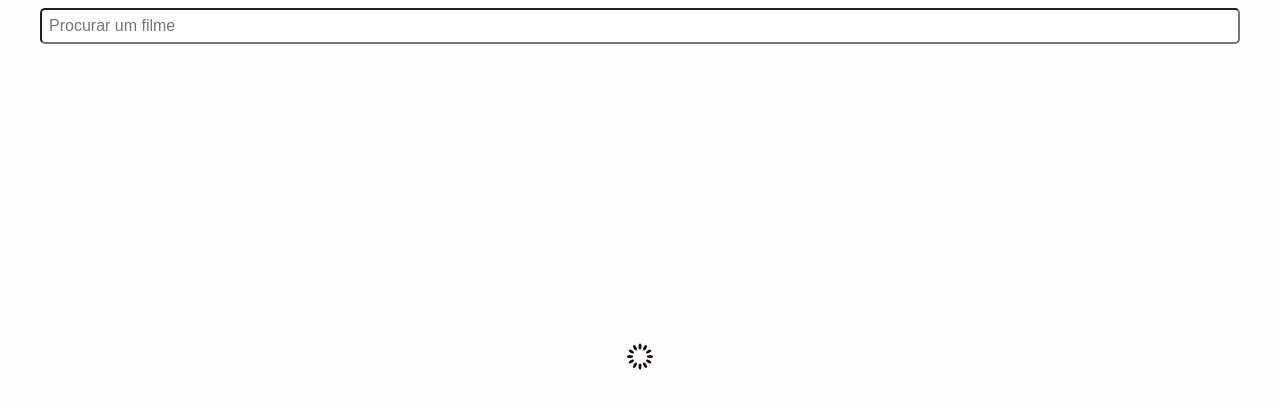
Repository: giordanobraz/agenda-edu-challenge
Page: /
These files come from the project's save history. The page is drawn as it stood at one moment and after the next save; the edit follows.
The browser window is 1280 px wide. The pictures show the whole page.
The page's requests for data from a server got no answer. The project was rebuilt for these pictures with package versions that can differ from the ones it lists, and the page was loaded fresh each time. No one was signed in, and anything a server would have sent is missing. Also part of the build but not shown: src/components/List/MovieList.scss, src/components/Details/Details.scss, src/components/Details/Details.js, src/pages/Details/index.js.

Above is the page before, as saved 2022-05-13 17:32:37.

### src/App.js
import { Route, Routes } from "react-router-dom";
import { QueryClient, QueryClientProvider } from "react-query";
import HomePage from "./pages/HomePage";
import SearchBar from "./components/Search/SearchBar";
import "./styles/global.scss";
import DetailsPage from "./pages/Details";

const queryClient = new QueryClient();

function App() {
  return (
    <div className="container">
      <QueryClientProvider client={queryClient}>
        <SearchBar />
        <Routes>
          <Route path="/" element={<HomePage />} />
          <Route path="/movie/:movieID" element={<DetailsPage />} />
        </Routes>
      </QueryClientProvider>
    </div>
  );
}

export default App;

### src/pages/HomePage/index.js
import MovieList from "../../components/List/MovieList";

export default function HomePage() {
  return <MovieList />;
}

### src/components/Search/SearchBar.js
import { debounce } from "lodash";
import { useState } from "react";
import { api } from "../../services/api";
import { API_SEARCH_LINK } from "../../utils/constants";
import "./SearchBar.scss";

function SearchBar() {
  const [searchResults, setSearchResults] = useState([]);

  const handleSearch = debounce((value) => {
    api.get(`${API_SEARCH_LINK}query=${value}`).then((response) => {
      setSearchResults(response.data.results);
    });

    if (value === '') {
      setSearchResults([]);
    }
  }, 500);

  return (
    <div className="header">
      <input
        type="text"
        placeholder="Procurar um filme"
        onChange={(e) => handleSearch(e.target.value)}
      />
      {searchResults.length > 0 && (
        <div className="search-bar-items">
          <ul>
            {searchResults.map((movie) => (
              <li>
                <p>{movie.title}</p>
              </li>
            ))}
          </ul>
        </div>
      )}
    </div>
  );
}

export default SearchBar;

### src/styles/global.scss
@import url("https://fonts.googleapis.com/css2?family=Poppins:wght@400;500;700&display=swap");
body {
    font-family: "Poppins", sans-serif;
    background-color: #fdfdfd;
}

p {
    margin: 0;
    padding: 0;
    border: 0;
    font-size: 100%;
    font: inherit;
    vertical-align: baseline;
}

.container {
    display: flex;
    flex-direction: column;
    gap: 2rem;
    max-width: 1200px;
    margin: 0 auto;
    padding: 0;
}

### src/components/List/MovieList.js
import { useState } from "react";
import { Link } from "react-router-dom";
import { api } from "../../services/api";
import { useInfiniteQuery } from "react-query";
import { VirtuosoGrid } from "react-virtuoso";
import Loading from "../Loading";
import "./MovieList.scss";
import { IMG_LINK } from "../../utils/constants";
import { ItemContainer, ListContainer } from "./VirtuosoStyled";

function MovieList() {
  const [movies, setMovies] = useState([]);

  const fetchMovies = async ({ pageParam = 1 }) => {
    const response = await api.get(
      "movie/popular?language=pt-BR&page=" + pageParam
    );
    setMovies(() => [...movies, ...response.data.results]);
    return response.data;
  };

  const { isLoading, isError, error, fetchNextPage } = useInfiniteQuery(
    "movies",
    fetchMovies,
    {
      getNextPageParam: (lastPage) => lastPage.page + 1,
    }
  );

  if (isLoading) return <Loading />;
  if (isError) return <p>{error.message}</p>;

  return (
    <>
      <h1>FILMES POPULARES DA SEMANA</h1>

      <VirtuosoGrid
        useWindowScroll
        style={{ height: 700, marginBottom: "2rem" }}
        totalCount={movies.length}
        overscan={200}
        endReached={() => setTimeout(() => fetchNextPage(), 2000)}
        components={{
          Item: ItemContainer,
          List: ListContainer,
        }}
        itemContent={(index) => {
          const movie = movies[index];
          return (
            <>
              <Link
                key={movie.id}
                className="card"
                to={`/movie/${movie.id}`}
                state={movie}
              >
                <img
                  src={`${IMG_LINK}/w220_and_h330_face/${movie.poster_path}`}
                  alt={movie.title}
                  width={220}
                  height={330}
                />
                <div className="card-details">
                  <p>{movie.title}</p>
                  <span>{movie.vote_average}/10</span>
                </div>
              </Link>
            </>
          );
        }}
      />
    </>
  );
}

export default MovieList;

### src/services/api.js
import axios from "axios";
import { API_KEY, API_LINK } from "../utils/constants";

export const api = axios.create({
  baseURL: API_LINK,
  headers: {
    Authorization: API_KEY,
  },
});

### src/utils/constants.js
export const IMG_LINK = "https://image.tmdb.org/t/p/";
export const API_LINK = "https://api.themoviedb.org/3/";
export const API_SEARCH_LINK = "https://api.themoviedb.org/3/search/movie?language=pt-BR&";
export const API_KEY = `Bearer eyJhbGciOiJIUzI1NiJ9.eyJhdWQiOiJmYzQzN2E4YzM3M2JjNWRiNGJhODA0MTVlZWFmYjM0MCIsInN1YiI6IjVhNDMzNzQ4YzNhMzY4NTg5MDA0NTdjZCIsInNjb3BlcyI6WyJhcGlfcmVhZCJdLCJ2ZXJzaW9uIjoxfQ.KJrGbmMD-B0dSERBGT_FSRx5XqX0lWkoMPpkK78bOzs`;

### src/components/Search/SearchBar.scss
.header {
  position: relative;
  display: flex;
  flex-direction: column;

  input {
    width: 100%;
    padding: 7px;
    font-size: 1rem;
    font-weight: 500;
    color: rgb(99, 99, 99);
    box-sizing: border-box;
    outline: none;
    border-radius: 5px;
  }

  .search-bar-items {
    position: absolute;
    background: #ffff;
    border-radius: 5px;
    box-shadow: 0 2px 6px rgba(0, 0, 0, 0.3);
    z-index: 999;
    width: 100%;
    margin-top: 3rem;
    ul {
      list-style: none;
      padding: 0;
      li {
        padding: 5px;
        cursor: pointer;
        &:hover {
          background: #f5f5f5;
        }
      }
    }
  }
}

### src/components/List/VirtuosoStyled.js
import styled from "@emotion/styled";

export const ItemContainer = styled.div`
  padding: 0.5rem;
  width: 25%;
  height: 420px;
  display: flex;
  flex: none;
  align-content: stretch;
  box-sizing: border-box;

  @media (max-width: 1024px) {
    width: 50%;
  }

  @media (max-width: 300px) {
    width: 100%;
  }
`;

export const ListContainer = styled.div`
  display: flex;
  flex-wrap: wrap;
`;

### src/components/Loading/Loading.js
import loadingImg from "../../assets/loading.svg";
import "./Loading.scss";

function Loading() {
  return (
    <div className="center">
      <img src={loadingImg} alt="Loading" width={50} />
    </div>
  );
}

export default Loading;

### src/components/Loading/Loading.scss
.center {
  position: absolute;
  top: 50%;
  left: 50%;
  transform: translate(-50%, -50%);
}

Loaded but not shown: public/index.html (common file); src/index.js (common file); src/components/Loading/index.js (common file)

After the next save:
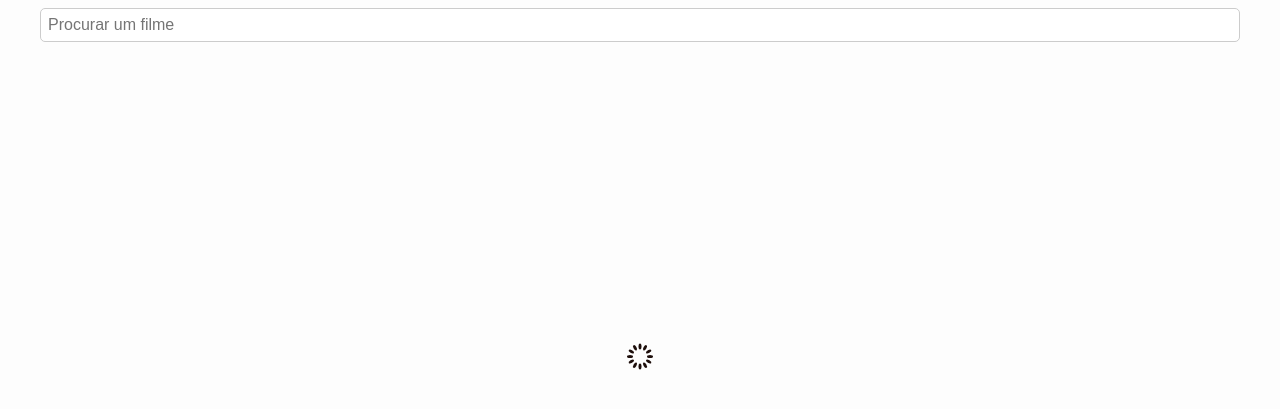
Saved 19 s later.
--- a/src/components/Search/SearchBar.scss
+++ b/src/components/Search/SearchBar.scss
@@ -11,6 +11,7 @@
     color: rgb(99, 99, 99);
     box-sizing: border-box;
     outline: none;
+    border: 1px solid rgb(204, 204, 204);
     border-radius: 5px;
   }
 
